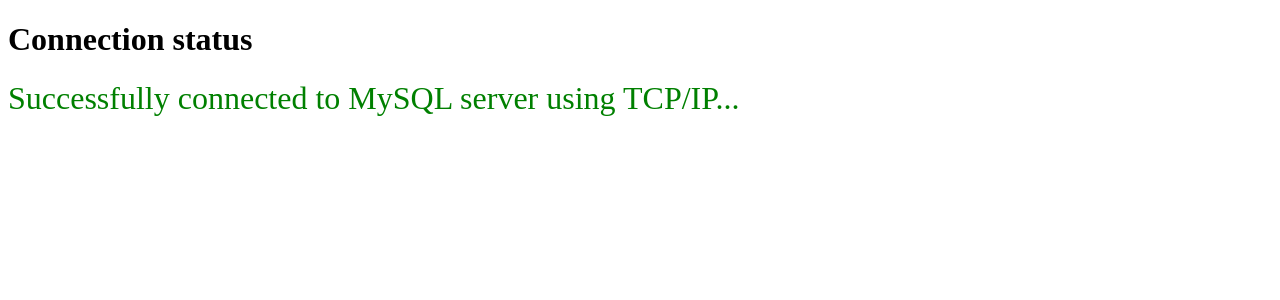
Repository: nikhilbad7/jsp-practicals
Page: http://localhost/classwork/Exp10.jsp
An editor plug-in stored every save of this project. The page is shown before and after the next save, followed by the edit.
The browser window is 1280 px wide. The pictures show the whole page.
The page is served by Tomcat 9. The database holds what the project's SQL file puts in it.

Above is the page before, as saved 2018-04-09 18:54:33.

### classwork/WebContent/Exp10.jsp
<!DOCTYPE HTML PUBLIC "-//W3C//DTD HTML 4.01 Transitional//EN"
"http://www.w3.org/TR/html4/loose.dtd">
<%@ page import="java.sql.*" %>
<%@ page import="java.io.*" %>
<html>
<head>
<title>Connection with mysql database</title>
</head>
<body>
<h1>Connection status </h1>
<%
try {
/* Create string of connection url within specified format with machine name,
port number and database name. Here machine name id localhost and database name
is usermaster. */
//String connectionURL = "jdbc:mysql://localhost:3306/usermaster";
// declare a connection by using Connection interface
//Connection connection = null;
// Load JBBC driver "com.mysql.jdbc.Driver".
Class.forName("com.mysql.jdbc.Driver");
/* Create a connection by using getConnection() method that takes parameters of
string type connection url, user name and password to connect to database. */
Connection con=(Connection) DriverManager.getConnection("jdbc:mysql://localhost:3306/userservlet","root","");
// check weather connection is established or not by isClosed() method
Statement stmt=(Statement) con.createStatement();
String q = "select * from userdetails";

if(!con.isClosed())
%>
<font size="+3" color="green">
<%
out.println("Successfully connected to " + "MySQL server using TCP/IP...");
con.close();
}
catch(Exception ex){
%>
</font>
<font size="+3" color="red">
<%
out.println("Unable to connect to database.");
}
%>
</font>
</body>
</html>

### classwork/database/userservlet.sql (the tables this page reads)
CREATE TABLE `userdetails` (
  `name` varchar(255) NOT NULL,
  `password` varchar(255) NOT NULL,
  `email` varchar(500) NOT NULL,
  `phone` varchar(50) NOT NULL
) ENGINE=InnoDB DEFAULT CHARSET=latin1;

INSERT INTO `userdetails` (`name`, `password`, `email`, `phone`) VALUES
('nikhil', 'ckhfkj', 'nikhil.badani@gmail.com', '9871293190'),
('Nitesh', '1234', 'nitesh@gmail.com', '198409100'),
('Rahul', 'rk9992', 'rahul.yo@gmail.com', '9091813893');

After the next save:
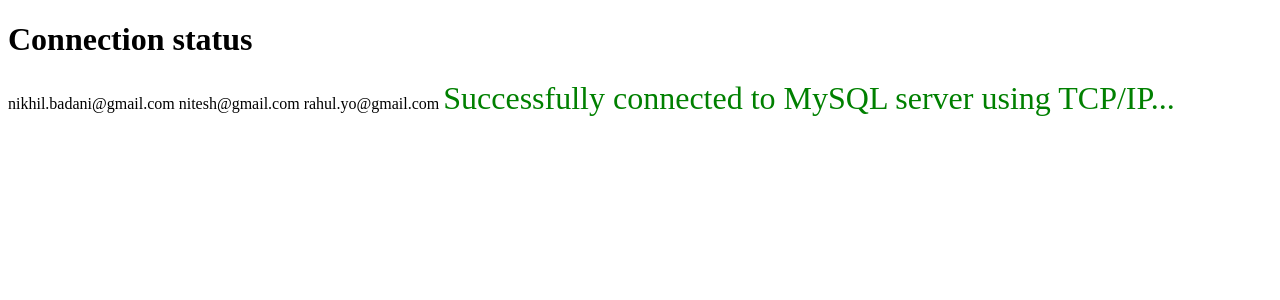
Saved 68 s later.
--- a/classwork/WebContent/Exp10.jsp
+++ b/classwork/WebContent/Exp10.jsp
@@ -24,8 +24,13 @@
 // check weather connection is established or not by isClosed() method
 Statement stmt=(Statement) con.createStatement();
 String q = "select * from userdetails";
-
-if(!con.isClosed())
+ResultSet rs=(ResultSet) stmt.executeQuery(q);
+stmt = (Statement) con.createStatement();
+rs= (ResultSet) stmt.executeQuery(q);
+while(rs.next()){
+	String email = rs.getString("email");
+	out.println(email);
+}
 %>
 <font size="+3" color="green">
 <%
